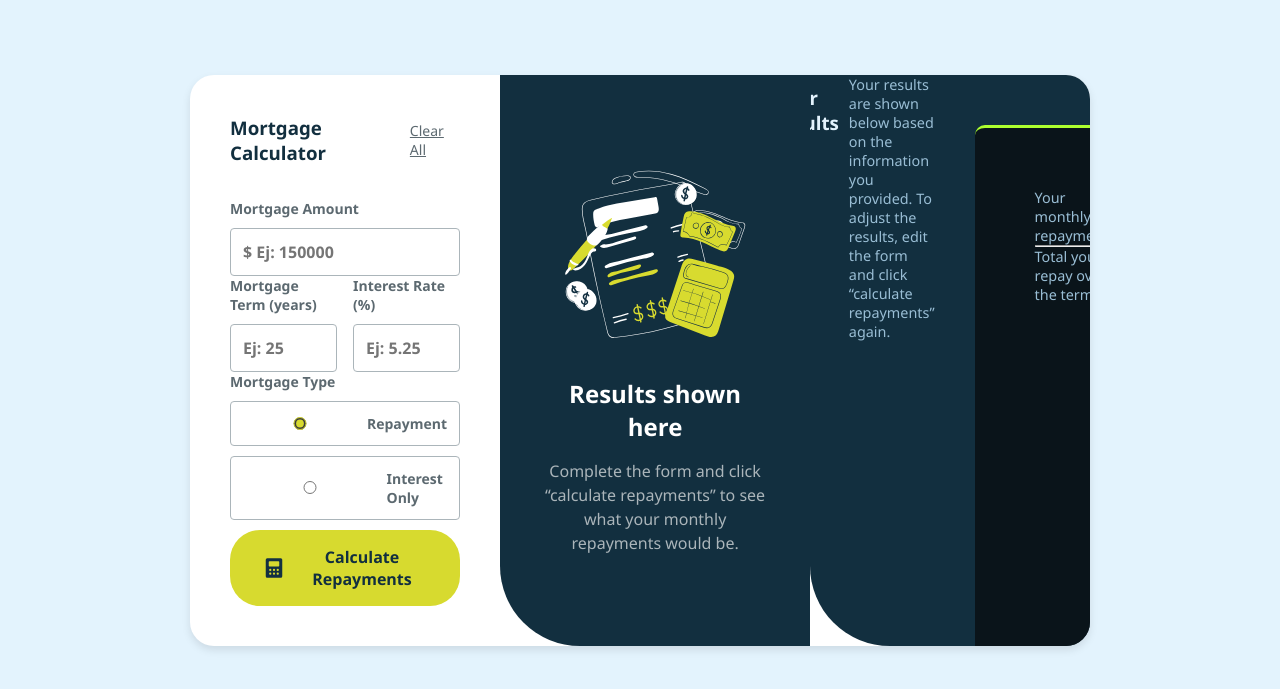
Repository: GravielPV/Mortgage-repayment-calculator
Page: index.html
The author's editor kept a copy of each file at every save. The page is drawn from the files as they stood at one save, then again after the next save.
The browser window is 1280 px wide. The pictures show the whole page.

Above is the page before, as saved 2025-12-14 15:18:25.

### index.html
<!DOCTYPE html>
<html lang="en">
<head>
  <meta charset="UTF-8">
  <meta name="viewport" content="width=device-width, initial-scale=1.0"> <!-- displays site properly based on user's device -->

  <link rel="icon" type="image/png" sizes="32x32" href="./assets/images/favicon-32x32.png">
  <link rel="stylesheet" href="styles.css">
  <title>Frontend Mentor | Mortgage repayment calculator</title>


</head>
<body>
  <div class="carta">



  <div class="lado-izquierdo">

    <div class="header-form">
      <h3>Mortgage Calculator</h3>
      <a href="#" id="clear-all">Clear All</a>
    </div>

    <form id="mortgage-form">

      <!-- Mortgage Amount -->
      <div class="campo">
        <label for="input-mortgage">Mortgage Amount</label>

        <input
          type="number"
          id="input-mortgage"
          name="mortgage"
          placeholder="$ Ej: 150000">
      </div>

      <!-- Mortgage Term & Interest Rate -->
      <div class="grupo-doble">
        <div class="campo1">
          <label for="input-term">Mortgage Term (years)</label>
          <input
            type="number"
            id="input-term"
            name="term"
            placeholder="Ej: 25">
        </div>

        <div class="campo1">
          <label for="input-interest">Interest Rate (%)</label>
          <input
            type="number"
            step="0.01"
            id="input-interest"
            name="interest"
            placeholder="Ej: 5.25">
        </div>
      </div>

      <!-- Mortgage Type -->
      <div class="campo">
        <label>Mortgage Type</label>

        <div class="radios">
          <label class="radio arriba">
            <input type="radio" name="mortgage-type" value="repayment" checked id="repayment">
            Repayment
          </label>

          <label class="radio abajo">
            <input type="radio" name="mortgage-type" value="interest-only" id="interest-only">
            Interest Only
          </label>
        </div>
      </div>

      <!-- Botón -->
      <div class="boton">

        <button type="button" onclick="calcular()"> <img src="assets/images/icon-calculator.svg" alt="calculadora icon">Calculate Repayments</button>
      </div>



    </form>

  </div>




  <!-- Empty results start -->

  <div class="derecho">

    <img src="assets/images/illustration-empty.svg" alt="mostrar">

  <h3>Results shown here</h3>

  <p>Complete the form and click “calculate repayments” to see what
  your monthly repayments would be.</p>
  </div>

  <!-- Empty results end -->

  <!-- Completed results start -->

  <div class="resultado">
    <h3>Your results</h3>
    <p>Your results are shown below based on the information you provided.
    To adjust the results, edit the form and click “calculate repayments” again.</p>

    <div class="caja-resultados">
      <p>Your monthly repayments</p>
      <h1 id="monthly-repayment"></h1>

      <hr>

      <p>Total you'll repay over the term</p>
      <h3 id="total-repayment"></h3>
    </div>
  </div>

</div>

<!-- Completed results end -->

<script src="app.js"></script>
</body>
</html>

### styles.css
* {
    box-sizing: border-box;
    margin: 0;
    padding: 0;
    font-family: 'Segoe UI', Tahoma, Geneva, Verdana, sans-serif;
}

body {
    background-color: hsl(202, 86%, 94%);
    display: flex;
    justify-content: center;
    align-items: center;
    min-height: 100vh;
}

.carta {
    width: 100%;
    max-width: 900px;
    background-color: white;
    display: flex;
    border-radius: 24px;
    overflow: hidden;
    box-shadow: 0 4px 8px 0 rgba(0, 0, 0, 0.1);
    margin: 20px;
}

/* ---- Lado Izquierdo ---- */
.lado-izquierdo {
    width: 50%;
    padding: 40px;
    display: flex;
    flex-direction: column;
    gap: 24px;
}

.header-form {
    display: flex;
    justify-content: space-between;
    align-items: center;
    margin-bottom: 10px;
}

.header-form h3 {
    color: hsl(202, 55%, 16%);
}

.header-form a {
    color: hsl(200, 10%, 40%);
    text-decoration: underline;
    font-size: 14px;
    cursor: pointer;
}

.header-form a:hover {
    color: hsl(202, 55%, 16%);
}

/* Inputs */
.campo {
    display: flex;
    flex-direction: column;
    gap: 10px;
}

.campo label, .campo1 label {
    color: hsl(200, 10%, 40%);
    font-size: 14px;
    font-weight: bold;
}

.campo input, .campo1 input {
    padding: 12px;
    border: 1px solid hsl(200, 10%, 70%);
    border-radius: 4px;
    font-size: 16px;
    font-weight: bold;
    cursor: pointer;
    width: 100%;
}

.campo input:focus, .campo1 input:focus {
    outline: none;
    border-color: hsl(61, 70%, 52%);
}

.grupo-doble {
    display: flex;
    gap: 16px;
}

.campo1 {
    display: flex;
    flex-direction: column;
    gap: 10px;
    width: 50%;
}

/* Radio buttons */
.radios {
    display: flex;
    flex-direction: column;
    gap: 10px;
}

.radio {
    display: flex;
    align-items: center;
    border: 1px solid hsl(200, 10%, 70%);
    padding: 12px;
    border-radius: 4px;
    cursor: pointer;
    gap: 10px;
    font-weight: bold;
    color: hsl(202, 55%, 16%);
}

.radio:hover {
    border-color: hsl(61, 70%, 52%);
}

.radio input {
    margin: 0;
    accent-color: hsl(61, 70%, 52%);
}

/* Boton */
.boton {
    margin-top: 10px;
}

button {
    display: flex;
    align-items: center;
    justify-content: center;
    gap: 10px;
    padding: 16px 32px;
    background-color: hsl(61, 70%, 52%);
    border: none;
    color: hsl(202, 55%, 16%);
    border-radius: 30px;
    cursor: pointer;
    font-weight: bold;
    font-size: 16px;
    width: 100%;
    transition: background-color 0.3s;
}

button:hover {
    background-color: hsl(61, 70%, 70%);
}

/* ---- Lado Derecho ---- */
.derecho {
    width: 50%;
    background-color: hsl(202, 55%, 16%);
    color: white;
    padding: 40px;
    display: flex;
    flex-direction: column;
    justify-content: center;
    align-items: center;
    text-align: center;
    border-bottom-left-radius: 80px;
}

.derecho img {
    margin-bottom: 20px;
}

.derecho h3 {
    margin-bottom: 16px;
    font-size: 24px;
}

.derecho p {
    color: hsl(200, 10%, 70%);
    line-height: 1.5;
}

.resultado {
    display: none;
}


.resultado{
     width: 50%;
    background-color: hsl(202, 55%, 16%);
    display: flex;
    justify-content: center;
    border-bottom-left-radius: 80px;
    overflow: hidden;


}

.resultado .caja-resultados {

    background-color: hsl(201, 46%, 7%);
    color: hsl(61, 70%, 52%);
    width: 80%;
    position: relative;
    left: 40px;
    top: 50px;
    padding: 60px;
    border-radius: 10px;
    border-top: 3px solid greenyellow;



}

.resultado  p{
    color: hsl(203, 41%, 72%);
    text-align: start;
    font-size: 0.90em;
}

.resultado h3{

    color: hsl(202, 86%, 94%);
    padding: 10px;

}



/* Responsive */
@media (max-width: 768px) {
    body {
        align-items: flex-start;
        background-color: white;
    }

    .carta {
        flex-direction: column;
        border-radius: 0;
        margin: 0;
        box-shadow: none;
        max-width: 100%;
    }

    .lado-izquierdo, .derecho {
        width: 100%;
        padding: 24px;
    }

    .derecho {
        border-radius: 0;
        min-height: 400px;
    }

    .grupo-doble {
        flex-direction: column;
    }

    .campo1 {
        width: 100%;
    }
}

### app.js
// INPUTS
const montoInput = document.getElementById("input-mortgage");
const yearsInput = document.getElementById("input-term");
const interesInput = document.getElementById("input-interest");

// RADIOS
const repaymentRadio = document.getElementById("repayment");
const interestOnlyRadio = document.getElementById("interest-only");

// RESULTADOS
const resultadoBox = document.querySelector(".resultado");
const derechoBox = document.querySelector(".derecho");

const monthlyText = document.getElementById("monthly-repayment");
const totalText = document.getElementById("total-repayment");

// CLEAR ALL
const clearAllBtn = document.getElementById("clear-all");

// FORMATO MONEDA
function formatoMoneda(valor) {
  return new Intl.NumberFormat("en-US", {
    style: "currency",
    currency: "USD",
    minimumFractionDigits: 2,
  }).format(valor);
}

// CALCULAR
function calcular() {
  const monto = Number(montoInput.value);
  const years = Number(yearsInput.value);
  const interes = Number(interesInput.value) / 100;

  if (!monto || !years || !interes) {
    alert("Please complete all fields");
    return;
  }

  const r = interes / 12;
  const n = years * 12;

  let pagoMensual = 0;
  let pagoTotal = 0;

  // REPAYMENT
  if (repaymentRadio.checked) {
    pagoMensual =
      (monto * r * Math.pow(1 + r, n)) /
      (Math.pow(1 + r, n) - 1);

    pagoTotal = pagoMensual * n;
  }

  // INTEREST ONLY
  if (interestOnlyRadio.checked) {
    pagoMensual = monto * r;
    pagoTotal = pagoMensual * n;
  }

  // MOSTRAR RESULTADOS
  monthlyText.textContent = formatoMoneda(pagoMensual);
  totalText.textContent = formatoMoneda(pagoTotal);

  derechoBox.style.display = "none";
  resultadoBox.style.display = "block";
}

// CLEAR ALL
clearAllBtn.addEventListener("click", (e) => {
  e.preventDefault();

  montoInput.value = "";
  yearsInput.value = "";
  interesInput.value = "";

  repaymentRadio.checked = true;
  interestOnlyRadio.checked = false;

  resultadoBox.style.display = "none";
  derechoBox.style.display = "block";
});

After the next save:
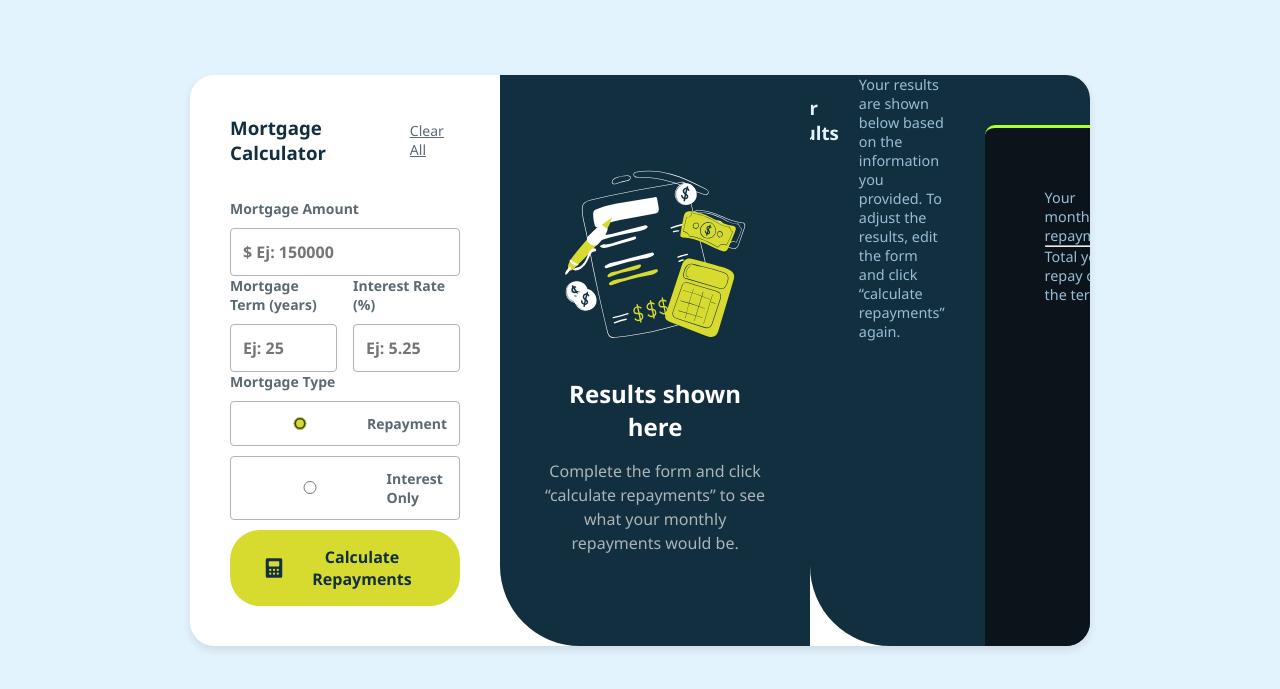
Saved 7 s later.
--- a/styles.css
+++ b/styles.css
@@ -218,7 +218,7 @@ button:hover {
 .resultado h3{
 
     color: hsl(202, 86%, 94%);
-    padding: 10px;
+    padding: 20px;
 
 }
 
